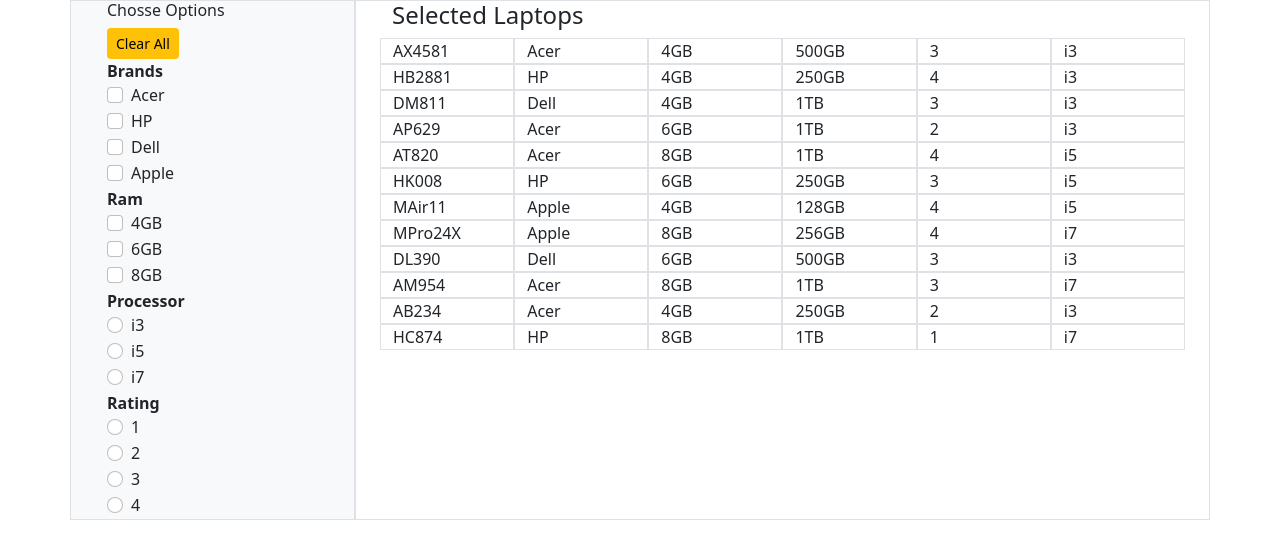
Repository: Sanjayjangra88/combo_app
Page: /
An editor plug-in stored every save of this project. The page is shown before and after the next save, followed by the edit.
The browser window is 1280 px wide. The pictures show the whole page.
Some web libraries are served in a nearby version. The project was rebuilt for these pictures with package versions that can differ from the ones it lists, and the page was loaded fresh each time. Also part of the build but not shown: src/App.js.

Above is the page before, as saved 2022-06-02 11:41:17.

After the next save:
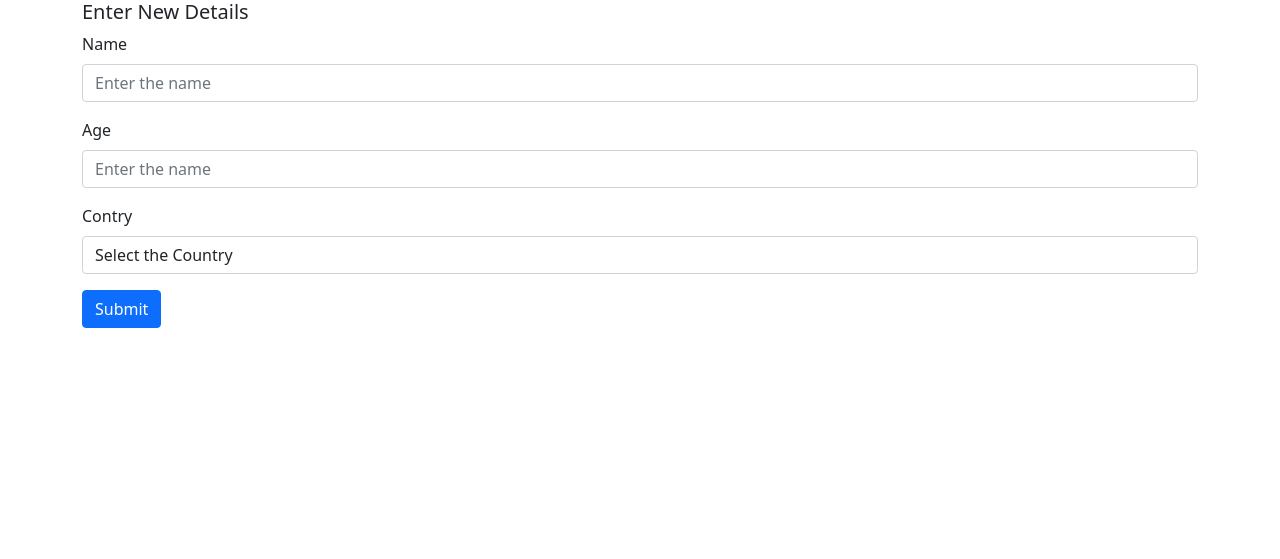
Saved 64 s later.
--- a/src/index.js
+++ b/src/index.js
@@ -5,11 +5,11 @@ import App from './App';
 import reportWebVitals from './reportWebVitals';
 import 'bootstrap/dist/css/bootstrap.min.css';
 
-import DropDown4 from './Components/dropDown4';
+import DropDown1 from './Components/dropDown1';
 
 ReactDOM.render(
   <React.StrictMode>
-    <DropDown4/>
+    <DropDown1/>
   </React.StrictMode>,
   document.getElementById('root')
 );
